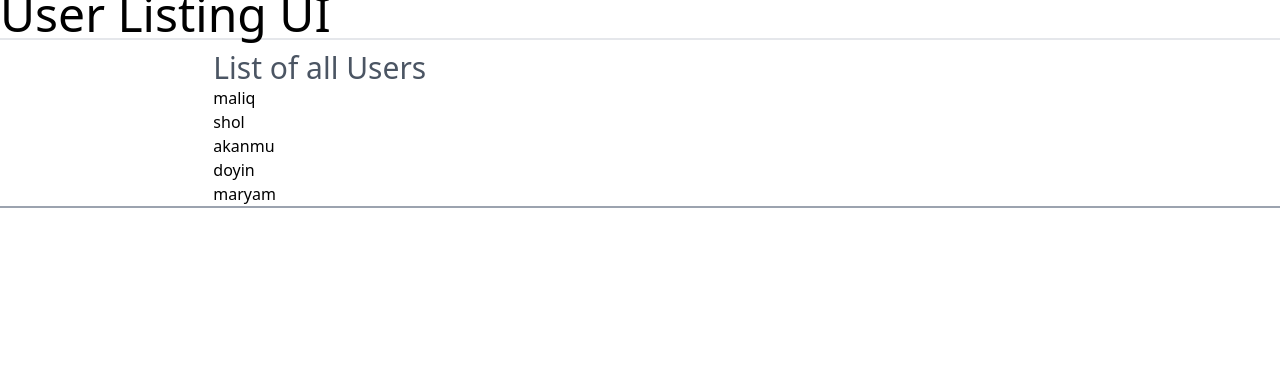
Repository: Marlstergo/listings
Page: / (app in client/)
These files come from the project's save history. The page is drawn as it stood at one moment and after the next save; the edit follows.
The browser window is 1280 px wide. The pictures show the whole page.
The project was rebuilt for these pictures with package versions that can differ from the ones it lists, and the page was loaded fresh each time. Also part of the build but not shown: client/craco.config.js, client/src/components/Loader.js, client/src/components/Order.js, client/src/components/Modal.js. Imported but missing from the stored project, and not drawn on this page: client/src/components/Base, client/src/components/Toppings.

Above is the page before, as saved 2021-07-20 22:32:00.

### client/src/index.js
/* eslint-disable no-unused-vars */
import React from "react";
import ReactDOM from "react-dom";
import "./index.css";
import App from "./App";
import reportWebVitals from "./reportWebVitals";
import { BrowserRouter } from "react-router-dom";
import { Provider } from "react-redux";
import { store } from "./redux/store";
import { PersistGate } from "redux-persist/integration/react";
import { persistor } from "./redux/store";

ReactDOM.render(
  <React.StrictMode>
    <Provider store={store}>
      <BrowserRouter>
        <PersistGate persistor={persistor}>
          <App />
        </PersistGate>
      </BrowserRouter>
    </Provider>
  </React.StrictMode>,
  document.getElementById("root")
);

// If you want to start measuring performance in your app, pass a function
// to log results (for example: reportWebVitals(console.log))
// or send to an analytics endpoint. Learn more: https://bit.ly/CRA-vitals
reportWebVitals();

### client/src/App.js
import React, { useState } from 'react';
import { Route, Switch, useLocation } from "react-router-dom";
import Header from './components/Header';
import Home from './components/Home';
import Base from './components/Base';
import Toppings from './components/Toppings';
import Order from './components/Order';
import Modal from './components/Modal';
import { AnimatePresence } from 'framer-motion';

function App() {
  const location = useLocation();
  const showModal = true;

  return (
    <>
      <Header />
      {/* <Modal showModal={showModal} /> */}
      <AnimatePresence exitBeforeEnter>
        <Switch location={location} key={location.key}>
          <Route path="/">
            <Home />
          </Route>
          <Route path="/createUpdateUser">
            <Toppings />
          </Route>
          <Route path="/order">
            <Order />
          </Route>
          <Route path="/">
            <Home />
          </Route>
        </Switch>
      </AnimatePresence>

    </>
  );
}

export default App;

### client/src/redux/store.js
import { createStore, applyMiddleware } from "redux";
import { logger } from 'redux-logger';
import {persistStore} from 'redux-persist';
// import thunk from 'redux-thunk'
import createSagaMiddleware from 'redux-saga'

import rootSaga from './root-sagas'

import rootReducer from './root-reducer';

const sagaMiddleware = createSagaMiddleware()

const middleware = [sagaMiddleware];

if( process.env.NODE_ENV === 'development'){
    middleware.push(logger)
}

export const store = createStore(rootReducer, applyMiddleware(...middleware))

sagaMiddleware.run(rootSaga)

export const persistor = persistStore(store)

export default (store, persistor);

### client/src/components/Header.js
import React from 'react';
import { motion } from 'framer-motion';

const svgVariants = {
  hidden: { rotate: -180 },
  visible: {
    rotate: 0,
    transition: { duration : 1 }
  },
}

const pathVariants = {
  hidden: {
    opacity: 0,
    pathLength: 0,
  },
  visible: {
    opacity: 1,
    pathLength: 1,
    transition: {
      duration: 2,
      ease: "easeInOut",
    }
  }
};


const Header = () => {
  return (
    <header className='flex p-[40px]  items-center'>
      <motion.div className="logo"
        drag
        dragConstraints={{ left: 0, top: 0, right: 0, bottom: 0 }}
        dragElastic={0.7}
      >
        <motion.svg className="w-[80px] overflow-visible" xmlns="http://www.w3.org/2000/svg" viewBox="0 0 100 100"
          variants={svgVariants}
          initial="hidden"
          animate="visible"
        >
          <motion.path
            fill="none"
            d="M40 40 L80 40 C80 40 80 80 40 80 C40 80 0 80 0 40 C0 40 0 0 40 0Z"
            variants={pathVariants}
          />
          <motion.path
            fill="none"
            d="M50 30 L50 -10 C50 -10 90 -10 90 30 Z"
            variants={pathVariants}
          />
        </motion.svg>
      </motion.div>
      <motion.div className=" flex-grow ml-[20px] text-xs"
        initial={{ y: -250}}
        animate={{ y: -10 }}
        transition={{ delay: 0.2, type: 'spring', stiffness: 120 }}
      >
        <h1 className="border-b-2 pb-[10px] text-5xl">User Listing UI</h1>
      </motion.div>
    </header>
  )
}

export default Header;

### client/src/components/Home.js
import React from "react";
import { Link } from "react-router-dom";
import { motion } from "framer-motion";
import Loader from "./Loader";

const buttonVariants = {
  hover: {
    scale: 1.1,
    textShadow: "0px 0px 8px rgb(255,255,255)",
    boxShadow: "0px 0px 8px rgb(255,255,255)",
    transition: {
      duration: 0.3,
      yoyo: 5,
    },
  },
};

const containerVariants = {
  hidden: {
    opacity: 0,
  },
  visible: {
    opacity: 1,
    transition: { delay: 1.5, duration: 1.5 },
  },
  exit: {
    x: "-100vh",
    transition: { ease: "easeInOut" },
  },
};
const users = ["maliq", "shol", "akanmu", "doyin", "maryam"];
const Home = () => {
  return (
    <motion.div
      className="  pb-[10px] mb-[10px] border-b-2 border-gray-400 flex flex-col items-center"
      variants={containerVariants}
      initial="hidden"
      animate="visible"
      exit="exit"
    >
      <div className="w-2/3 ">
        <h1 className="text-gray-600 text-3xl">List of all Users</h1>
        <ul>
          {users.map(
            (user) => (
              <li>{user}</li>
            )
          )}

        </ul>
        {/* <table className="min-w-full divide-y divide-gray-200">
          <thead>
            <tr>
              <th className="px-6 py-3 bg-gray-50 text-left text-xs font-medium text-gray-500 uppercase tracking-wider">
                Transaction
              </th>
              <th className="px-6 py-3 bg-gray-50 text-right text-xs font-medium text-gray-500 uppercase tracking-wider">
                Amount
              </th>
              <th className="hidden px-6 py-3 bg-gray-50 text-left text-xs font-medium text-gray-500 uppercase tracking-wider md:block">
                Status
              </th>
              <th className="px-6 py-3 bg-gray-50 text-right text-xs font-medium text-gray-500 uppercase tracking-wider">
                Date
              </th>
            </tr>
          </thead>
        </table> */}
      </div>
    </motion.div>
  );
};

export default Home;

### client/src/redux/root-sagas.js
import {all, call} from 'redux-saga/effects'
import {userSagas} from './user/user.sagas'


export default function* rootSaga(){
    yield all([
        call(userSagas),
    ])
}

### client/src/redux/root-reducer.js
import {combineReducers} from 'redux'
import userReducer from './user/user.reducer'
// import cartReducer from './cart/cart.reducer'
import {persistReducer} from 'redux-persist'
import storage from 'redux-persist/lib/storage'
// import directoryReducer from './directory/directory.reducer'
// import shopReducer from './shop/shop.reducer'

const persistConfig ={
    key: 'root',
    storage,
    whitelist: ['' ]
}
const rootReducer = combineReducers({
    user: userReducer,

})
export default persistReducer(persistConfig, rootReducer)

### client/src/redux/user/user.sagas.js
import { all, call, put, takeLatest } from "redux-saga/effects";

import UserActionTypes from "./user.types";
import { loadUserDetail } from "./user.action";
// import axios from "axios";
// import { getUserDetailsURL } from "../../components/stringConstants";

export function* getDetails() {
  yield console.log("i fired");

  // try {
  //   console.log("inside try");

  //   const res = yield axios.get(getUserDetailsURL);
  //   const data = yield res.data;
  //   console.log(res);
  //   yield put(loadUserDetail(data ? data.data[0] : {}));
  // } catch (err) {
  //   console.log(err.response);
  //   if (err.response && err.response.statusText === "Not Found") {
  //     // console.log("");
  //     window.location.href = "/profile/settings?newUser=0837";
  //   }
  // }
}

export function* getUserDetails() {
  yield takeLatest(UserActionTypes.GET_USER_DETAIL, getDetails);
}
// export function* loadUserDetails(){
//     yield takeLatest(UserActionTypes.LOAD_USER_DETAIL, loadDetails)
// }

export function* userSagas() {
  yield all([call(getUserDetails)]);
}

### client/src/redux/user/user.reducer.js
import UserActionTypes from "./user.types";
const INITIAL_STATE = {
  // currentUser: null,
  userDetail: {},
  demo: 'i am demo',
  location: null

};
const userReducer = (state = INITIAL_STATE, action) => {
  switch (action.type) {

    case UserActionTypes.LOAD_USER_DETAIL:
      return {
        ...state,
        userDetail: action.payload,
      };

    case UserActionTypes.COLLECT_GEOLOCATION:
      return {
        ...state,
        location: action.payload
      }
    default:
      return state;
  }
};

export default userReducer;

### client/src/redux/user/user.types.js
const UserActionTypes ={
    GOOGLE_SIGN_IN_START : 'GOOGLE_SIGN_IN_START',
    SIGN_IN_SUCCESS : 'SIGN_IN_SUCCESS',
    SIGN_IN_FAILURE : 'SIGN_IN_FAILURE',
    GET_USER_DETAIL: 'GET_USER_DETAIL',
    LOAD_USER_DETAIL: 'LOAD_USER_DETAIL',
    COLLECT_GEOLOCATION: 'COLLECT_GEOLOCATION',
    FETCH_GEOLOCATION: 'FETCH_GEOLOCATION'
}
export default UserActionTypes;

### client/src/redux/user/user.action.js
import UserActionTypes from './user.types'



// export const googleSignInStart = () => ({
//     type: UserActionTypes.GOOGLE_SIGN_IN_START
// })

// export const signInSuccess = (user) => ({
//     type: UserActionTypes.SIGN_IN_SUCCESS,
//     payload: user
// })

export const getUserDetail = () => ({
    type: UserActionTypes.GET_USER_DETAIL,

})
export const loadUserDetail = (details) => ({
    type: UserActionTypes.LOAD_USER_DETAIL,
    payload: details
})

export const fetchGeoloction = () => ({
    type: UserActionTypes.FETCH_GEOLOCATION
})
export const collectGeolocation = (location) => ({
    type: UserActionTypes.COLLECT_GEOLOCATION,
    payload: location
})
// })

### client/tailwind.config.js
  // tailwind.config.js
  module.exports = {
    // mode:'jit',
    purge: ['./src/**/*.{js,jsx,ts,tsx}', './public/index.html'],
     darkMode: false, // or 'media' or 'class'
     theme: {
       extend: {},
     },
     variants: {
       extend: {},
     },
     plugins: [],
   }

Loaded but not shown: client/public/index.html (common file); client/src/index.css (common file); client/src/reportWebVitals.js (common file)

After the next save:
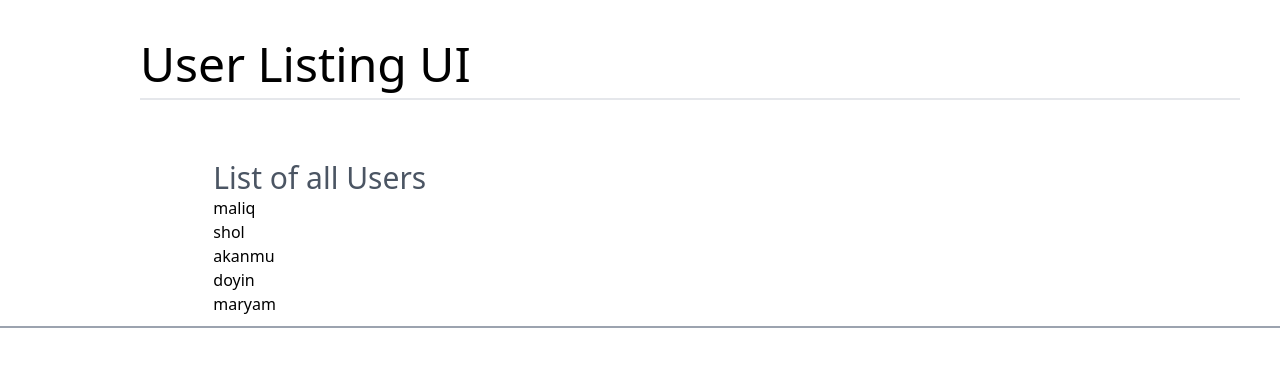
Saved 32 min 4 s later.
--- a/client/tailwind.config.js
+++ b/client/tailwind.config.js
@@ -1,6 +1,6 @@
   // tailwind.config.js
   module.exports = {
-    // mode:'jit',
+    mode:'jit',
     purge: ['./src/**/*.{js,jsx,ts,tsx}', './public/index.html'],
      darkMode: false, // or 'media' or 'class'
      theme: {
